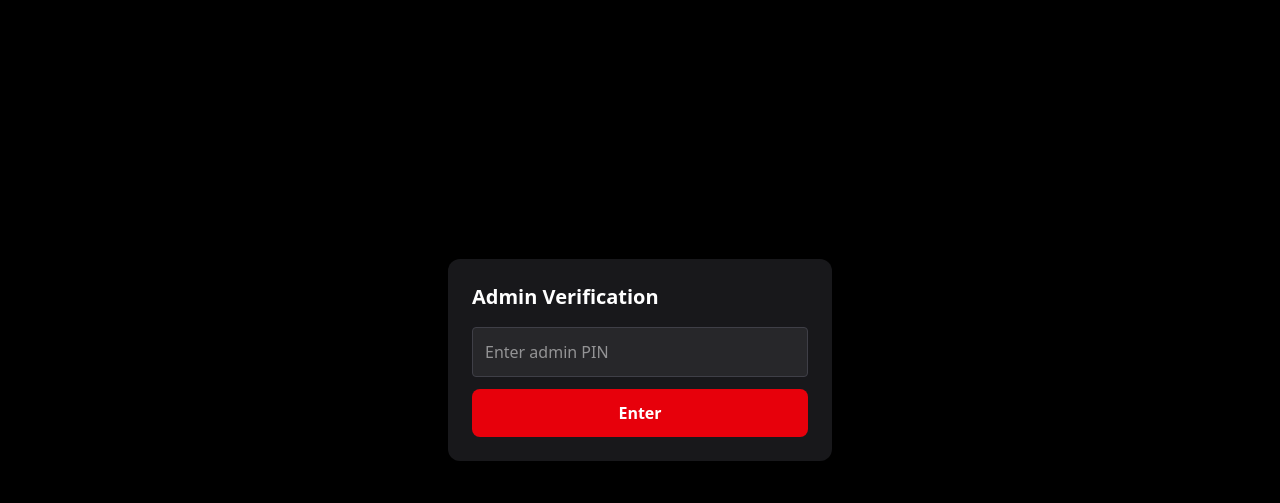
Repository: sanghaarman6-cmyk/edge
Page: /admin
The author's editor kept a copy of each file at every save. The page is drawn from the files as they stood at one save, then again after the next save.
The browser window is 1280 px wide. The pictures show the whole page.
The project was rebuilt for these pictures with package versions that can differ from the ones it lists, and the page was loaded fresh each time. The framework's server and built-in components were replaced by stand-ins that run in the browser. Also part of the build but not shown: next.config.ts.

Above is the page before, as saved 2025-12-02 16:10:30.

After the next save:
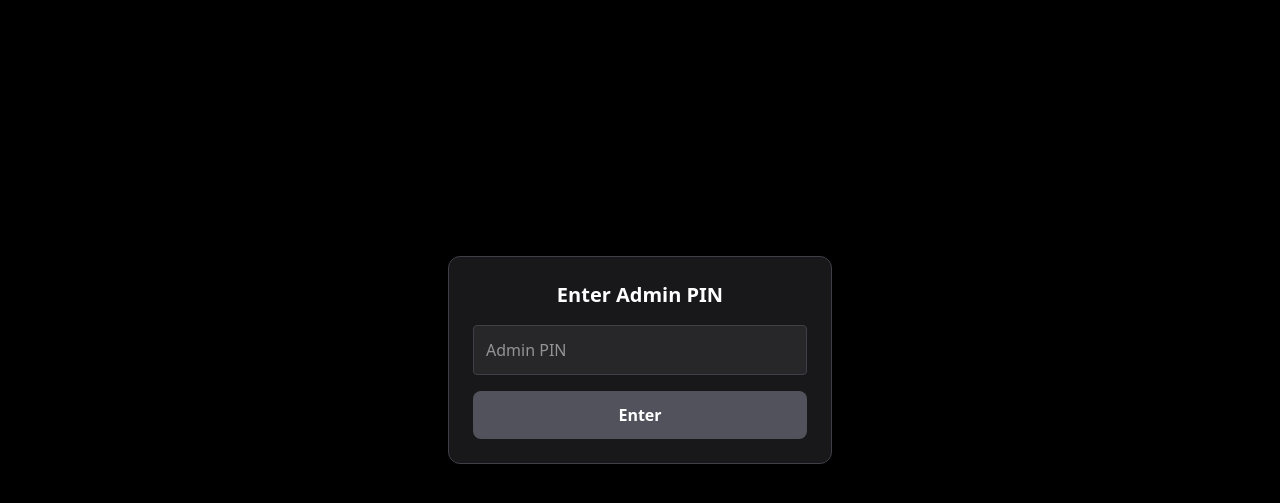
Saved 3 min 6 s later.
--- a/app/admin/page.tsx
+++ b/app/admin/page.tsx
@@ -3,38 +3,44 @@
 import { useState } from "react";
 import { useRouter } from "next/navigation";
 
-export default function AdminGate() {
+export default function AdminPinPage() {
   const router = useRouter();
   const [pin, setPin] = useState("");
+  const [error, setError] = useState("");
 
-  const checkPin = () => {
-    if (pin === process.env.NEXT_PUBLIC_ADMIN_PIN) {
+  const ADMIN_PIN = process.env.NEXT_PUBLIC_ADMIN_PIN || "12345"; // set your real PIN
+
+  const handleSubmit = (e: React.FormEvent) => {
+    e.preventDefault();
+    if (pin === ADMIN_PIN) {
+      localStorage.setItem("adminAccess", "true");
       router.push("/admin/panel");
     } else {
-      alert("Invalid PIN");
+      setError("Incorrect PIN.");
     }
   };
 
   return (
     <div className="flex items-center justify-center min-h-screen bg-black text-white">
-      <div className="p-6 bg-zinc-900 rounded-xl w-full max-w-sm">
-        <h2 className="text-xl mb-4 font-semibold">Admin Verification</h2>
+      <form
+        onSubmit={handleSubmit}
+        className="bg-zinc-900 p-6 rounded-xl w-full max-w-sm border border-zinc-700"
+      >
+        <h1 className="text-xl font-bold mb-4 text-center">Enter Admin PIN</h1>
 
         <input
-          type="password"
-          className="w-full p-3 rounded bg-zinc-800 border border-zinc-700"
-          placeholder="Enter admin PIN"
+          className="w-full p-3 rounded bg-zinc-800 border border-zinc-700 mb-4"
+          placeholder="Admin PIN"
           value={pin}
           onChange={(e) => setPin(e.target.value)}
         />
 
-        <button
-          onClick={checkPin}
-          className="w-full bg-red-600 py-3 mt-3 rounded-lg font-semibold hover:bg-red-700"
-        >
+        <button className="w-full bg-zinc-600 py-3 rounded-lg font-semibold hover:bg-zinc-700">
           Enter
         </button>
-      </div>
+
+        {error && <p className="text-red-400 mt-3 text-center">{error}</p>}
+      </form>
     </div>
   );
 }
